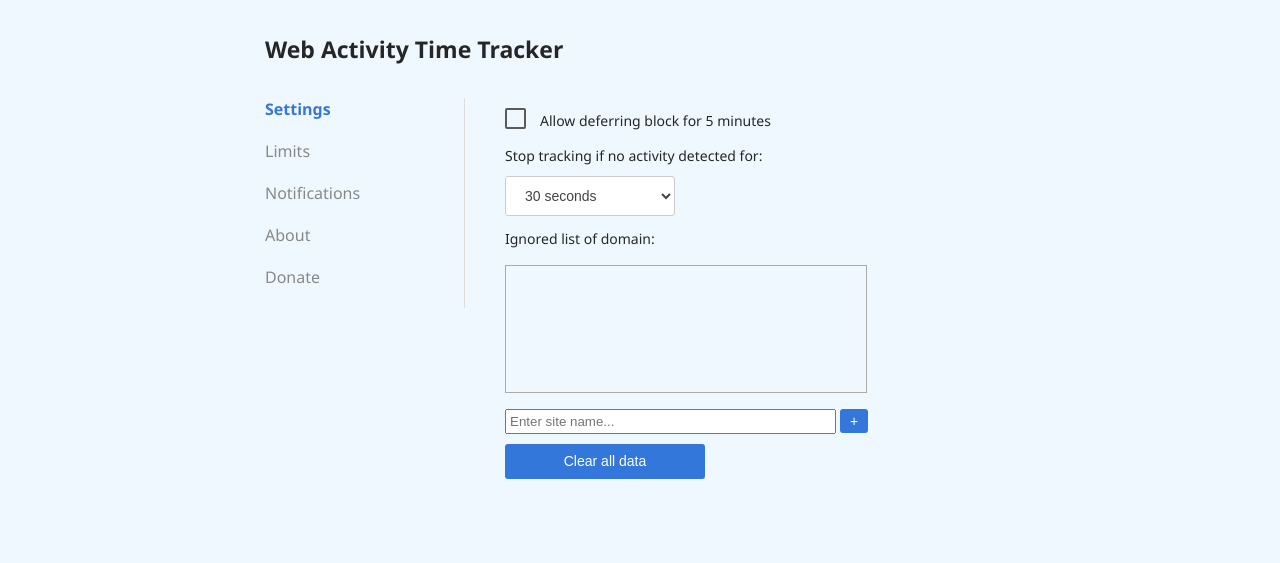
Repository: Inakhoyan/Lab-Project
Page: options.html
These files come from the project's save history. The page is drawn as it stood at one moment and after a run of saves; the edit follows.
The browser window is 1280 px wide. The pictures show the whole page.

Above is the page before, as saved 2022-11-19 01:03:02.
Console error: TypeError: Cannot read properties of null (reading 'addEventListener')

### options.html
<!DOCTYPE html>
<html lang="en">
<head>
    <head>
        <meta charset="utf-8">
        <title>Web Activity Time Tracker</title>
        <!-- <link href="style/picker/standalone.min.css" rel="stylesheet">
        <link href="style/picker/clockpicker.min.css" rel="stylesheet"> -->
        <link href="style/settings.css" rel="stylesheet">
        <script src="scripts/common.js"></script>
        <script src="scripts/storage.js"></script>
        <script src="scripts/settings.js"></script>
        <script src="scripts/restriction.js"></script>
        <script src="scripts/url.js"></script>
        <!-- <script src="scripts/picker/jquery-3.3.1.min.js"></script>
        <script src="scripts/picker/clockpicker.min.js"></script> -->
    </head>
</head>
<body>
    <body>
        <div class="content">
            <div class="header">
                <p class="title">Web Activity Time Tracker</p>
            </div>
            <div id="nav" class="nav">
                <a id="settingsBtn" class="active">Settings</a>
                <a id="restrictionsBtn">Limits</a>
                <a id="notifyBtn">Notifications</a>
                <a id="aboutBtn">About</a>
                <a id="donateBtn">Donate</a>
            </div>
            <div id="block">
                <div id="settingsBlock">

                    <div class="margin-top-10">
                        <label>
                            <input type="checkbox" class="filled-in" id="blockDeferral">
                            <span>Allow deferring block for 5 minutes</span>
                        </label>
                    </div>

                    <div class="margin-top-10">
                        <label>Stop tracking if no activity detected for: </label>
                        <div class="tooltip"><img height="18">
                            <span class="tooltiptext">An activity is an action with a mouse or keyboard</span>
                        </div>
                        <div class="margin-top-10">
                            <select id="intervalInactivity" class="option">
                                <option value="30">30 seconds</option>
                                <option value="45">45 seconds</option>
                                <option value="60">1 min</option>
                                <option value="120">2 min</option>
                                <option value="300">5 mins</option>
                                <option value="600">10 mins</option>
                                <option value="1200">20 mins</option>
                                <option value="1800">30 mins</option>
                            </select>
                        </div>

                        <div class="margin-top-10">
                            <label>Ignored list of domain: </label>
                            <div class="tooltip"><img height="18">
                                <span class="tooltiptext">Activity for these domains not will tracked</span>
                            </div>
                            <div class="margin-top-10">
                                <ul id="blackList" class="listbox" size="7"></ul>
                            </div>
                            <div class="margin-top-10">
                                <input type="text" placeholder="Enter site name..." id="addBlackSiteLbl">
                                <input type="button" value="+" id="addBlackSiteBtn">
                            </div>
                            <div class="notify warning" id="notifyForBlackList" hidden="">
                                The site is already in the list
                            </div>
                        </div>

                        <div class="notify" id="notify-backup" hidden="">
                            Backup completed successfully
                        </div>
                        <div class="notify" id="notify-restore" hidden="">
                            Restore completed successfully
                        </div>
                        <div class="notify warning" id="notify-restore-failed" hidden="">
                            Backup file is not valid
                        </div>

                        </div>
                        <div class="margin-top-10"><input type="button" value="Clear all data" id="clearAllData"></div>
                        <div class="notify" id="notify" hidden="">
                            Data successfully deleted
                        </div>
                    </div>
                </div>
                <div id="restrictionsBlock" hidden="">
                    <label>Access daily restrictions for websites: </label>
                    <div class="tooltip"><img src="/icons/information.svg" height="18">
                        <span class="tooltiptext">Set the maximum time allowed on the site per day. After this time, has elapsed the site will be blocked.
                            Restrictions can be configured for specific paths on a site as well.</span>
                    </div>
                    <div class="margin-top-10">
                        <input type="text" class="label-with-list" placeholder="Enter site name..." id="addRestrictionSiteLbl">
                        <div class="inline-block clockpicker" data-placement="left" data-align="top" data-autoclose="true">
                            <input type="text" class="clock" placeholder="Time..." readonly="" id="addRestrictionTimeLbl">
                        </div>
                        <input type="button" value="+" class="btn-with-list" id="addRestrictionSiteBtn">
                    </div>
                    <div class="margin-top-10">
                        <ul id="restrictionsList" class="listbox list" size="10"></ul>
                    </div>
                    <div class="notify warning notify-width-300" id="notifyForRestrictionList" hidden="">
                        The site is already in the list
                    </div>
                </div>



            </div>
        </div>



    </body>
</body>
</html>

### style/settings.css
body {
    font-family: "Segoe UI", Tahoma, sans-serif !important;
    color: #262626;
    background-color: aliceblue;
}

.content {
    width: 750px;
    margin: 10px auto;
    display: grid;
    grid-template-columns: 200px auto;
    grid-column-gap: 40px;
    grid-template-areas: 'h h' 'n m';
}

.title{
    font-size: 23px;
    font-weight: 650;
}

.header{
    grid-area: h;
    margin: 0 0 10px;
    font-size: 20px;
}

a {
    color: #3477db;
    text-decoration: none;
    cursor: pointer;
}

.nav{
    grid-area: n;
    border-right: 1px solid #ddd;
    padding-right: 15px;
    align-self: start;
}

.nav a {
    font-size: 16px;
    margin-bottom: 20px;
    color: #888;
    display: block;
}

.nav a:hover {
    font-size: 16px;
    margin-bottom: 20px;
    color: #3477db;
    display: block;
    font-weight: 650;
}

.nav .active {
    color: #3477db;
    font-weight: bold;
}

label{
    font-size: 14px;
}

[type="checkbox"]:not(:checked),[type="checkbox"]:checked {
    position: absolute;
    opacity: 0;
    pointer-events: none
}

[type="checkbox"]+span {
    position: relative;
    padding-left: 35px;
    cursor: pointer;
    display: inline-block;
    height: 25px;
    line-height: 25px;
    font-size: 14px;
    -webkit-user-select: none;
    -moz-user-select: none;
    -ms-user-select: none;
    user-select: none
}

[type="checkbox"]+span:before,[type="checkbox"]:not(.filled-in)+span:after {
    content: '';
    position: absolute;
    top: 0;
    left: 0;
    width: 18px;
    height: 18px;
    z-index: 0;
    border: 2px solid #5a5a5a;
    border-radius: 1px;
    margin-top: 3px;
}

[type="checkbox"]:not(:checked):disabled+span:before {
    border: none;
    background-color: rgba(0,0,0,0.42)
}

[type="checkbox"]:checked:disabled+span:before {
    border-right: 2px solid rgba(0,0,0,0.42);
    border-bottom: 2px solid rgba(0,0,0,0.42)
}

[type="checkbox"].filled-in+span:after {
    border-radius: 2px
}

[type="checkbox"].filled-in+span:before,[type="checkbox"].filled-in+span:after {
    content: '';
    left: 0;
    position: absolute;
    z-index: 1
}

[type="checkbox"].filled-in:not(:checked)+span:before {
    width: 0;
    height: 0;
    border: 3px solid transparent;
    left: 6px;
    top: 10px;
    -webkit-transform: rotateZ(37deg);
    transform: rotateZ(37deg);
    -webkit-transform-origin: 100% 100%;
    transform-origin: 100% 100%
}

[type="checkbox"].filled-in:not(:checked)+span:after {
    height: 17px;
    width: 17px;
    background-color: transparent;
    border: 2px solid #5a5a5a;
    top: 0px;
    z-index: 0
}

[type="checkbox"].filled-in:checked+span:before {
    top: -3px;
    left: -2px;
    width: 7px;
    height: 12px;
    border-top: 3px solid transparent;
    border-left: 3px solid transparent;
    border-right: 3px solid #fff;
    border-bottom: 3px solid #fff;
    -webkit-transform: rotateZ(35deg);
    transform: rotateZ(35deg);
    -webkit-transform-origin: 100% 100%;
    transform-origin: 100% 100%
}

[type="checkbox"].filled-in:checked+span:after {
    top: 0;
    width: 17px;
    height: 17px;
    border: 2px solid #3477db;
    background-color: #3477db;
    z-index: 0
}

input[type="button"]{
    background: #3477db;
    color: #fff;
    border-radius: 3px;
    height: 35px;
    line-height: 35px;
    padding: 0 20px;
    border: 0;
    font-size: 14px;
    font-weight: 500;
    cursor: pointer;
    min-width: 80px;
    text-align: center;
    width: 200px;
}

input[type="button"]:hover {
    background: #5c9dfe;
    text-decoration: none;
  }


  input[type="button"][disabled]{
    border: 1px solid #999999;
    background-color: #cccccc;
    color: #666666;
  }

.margin-top-10{
      margin-top: 10px;
  }

.margin-top-20{
    margin-top: 20px;
}

.margin-left-5{
    margin-left: 5px;
}

.option {
    min-width: 170px;
    color: #444;
    background: #fff;
    border-radius: 3px;
    margin: 0;
    padding: 10px 30px 10px 15px;
    font-size: 14px;
    border-color: #ccc;
    position: relative;
    cursor: pointer;
}

.tooltip {
    position: relative;
    display: inline-block;
  }

  /* Tooltip text */
  .tooltip .tooltiptext {
    visibility: hidden;
    width: 250px;
    background-color: #555;
    color: #fff;
    text-align: center;
    padding: 5px;
    border-radius: 6px;

    /* Position the tooltip text */
    position: absolute;
    z-index: 1;
    transform: translateX(-50%) translateY(-120%);

    /* Fade in tooltip */
    opacity: 0;
    transition: opacity 0.3s;
  }

  /* Show the tooltip text when you mouse over the tooltip container */
  .tooltip:hover .tooltiptext {
    visibility: visible;
    opacity: 1;
  }

  .hidden{
      display: none !important;
  }

  .notify{
    width: 220px;
    height: 27px;
    margin: auto;
    background-color: rgb(21, 104, 0);
    color: rgb(255, 255, 255);
    text-align: center;
    font-weight: 600;
    border-radius: 5px;
    position: fixed;
    z-index: 1;
    top: 10px;
    right: 20px;
    font-size: 15px;
    white-space: nowrap;
    padding: 10px;
  }

  .listbox{
      overflow-y: auto;
      width: 350px;
      height: 120px;
      padding: 3px;
      padding: 3px 5px 3px 5px;
      border: 1px solid rgb(172, 169, 169);
  }

  .listbox img{
      float: right;
      cursor: pointer;
  }

  #addBlackSiteLbl{
      width: 321px;
      height: 15px;
      padding: 3px;
  }

  #addBlackSiteBtn{
    height: 24px !important;
    line-height: 20px !important;
    padding: 0 5px !important;
    min-width: 20px !important;
    width: 28px !important;
  }

  .label-with-list{
    width: 333px;
    height: 15px;
    padding: 3px;
}

.btn-with-list{
  height: 24px !important;
  line-height: 20px !important;
  padding: 0 5px !important;
  min-width: 20px !important;
  width: 28px !important;
}

.list{
    width: 440px;
    height: 250px;
}

.clock{
    width: 65px;
    height: 15px;
    padding: 3px;
}

.clock-li-readonly{
    border: none;
    margin-left: -3px;
}

.inline-block{
    display: inline-block !important;
}

.block{
    display: block;
}

.readonly-input{
    cursor: default;
    border: 0;
    display: block;
}

.element-item{
    width: 380px;
    font-weight: 600;
}

.notify.warning{
    background-color: rgb(219, 93, 104);
}

.notify-width-300{
    width: 300px !important;
}

.button{
    background: #FF813F;
    color: #fff;
    border-radius: 3px;
    line-height: 47px;
    display: inline-block;
    border: 0;
    font-size: 15px;
    cursor: pointer;
    text-align: center;
    height: 51px;
    min-width: 200px;
}

.bmc-button img {
    width: 27px !important;
    margin-bottom: 4px !important;
    box-shadow: none !important;
    border: none !important;
    vertical-align: middle !important;
 }

 .bmc-button span{
    margin-left:15px;
    font-size:15px !important;
 }

 .bmc-button {
    padding: 15px 25px 18px 18px !important;
    line-height: 35px !important;
    height: 51px !important;
    width: 217px !important;
    text-decoration: none !important;
    color: #FFFFFF !important;
    background-color: #FF813F !important;
    border-radius: 3px !important;
    border: 1px solid transparent !important;
    margin: 0 auto !important;
    box-sizing: border-box !important;
 }

.button:hover,
.button:active,
.button:focus,


.setting-notify-block{
    width: 450px;
    height: 100px;
    margin-top: 15px;
    background-color: rgb(71, 69, 69);
}

.setting-notify-block .setting-notify-title{
    padding: 15px 20px 5px 0;
    font-weight: 700;
    color:#FFFFFF;
    font-size: 15px;
    text-align: left;
    display: block;
}

.setting-notify-block .setting-notify-message{
    padding: 3px 20px 5px 0;
    font-size: 14px;
    display: block;
    width: 320px;
}
.setting-notify-block .setting-notify-message-g{
    padding: 0 30px 5px 0;
    color:rgb(199, 199, 199);
    font-size: 11px;
    display: block;
}

.setting-notify-block .setting-notify-img{
    height: 50px;
    padding: 25px 15px 25px 25px;
}

.setting-notify-block .setting-notify-message-block{
    display: inline-block;
    position: absolute;
}

.bold{
    font-weight: 650;
}

.site-name{
    display: inline-block;
    width: 100px;
}

.permission-btn{
    height: 25px !important;
    line-height: 25px !important;
    background-color:green !important;
}

### scripts/common.js
var RangeForDays = {
    days2: 'days2',
    days3: 'days3',
    days4: 'days4',
    days5: 'days5',
    days6: 'days6',
    days7: 'days7',
    month1: 'month1',
    month2: 'month2',
    month3: 'month3'
};

var InactivityInterval = {
    second30: 30,
    second45: 45,
    min1: 60,
    min2: 120,
    min5: 300,
    min10: 600,
    min20: 1200,
    min30: 1800
};

var TypeListEnum = {
    ToDay: 1,
    All: 2,
    ByDays: 3,
};

var STORAGE_TABS = 'tabs';
var STORAGE_BLACK_LIST = 'black_list';
var STORAGE_RESTRICTION_LIST = 'restriction_list';
var STORAGE_NOTIFICATION_LIST = 'notification_list';
var STORAGE_NOTIFICATION_MESSAGE = 'notification_message';
var STORAGE_TIMEINTERVAL_LIST = 'time_interval';

var DEFERRED_TIMEOUT = 300000;

var SETTINGS_INTERVAL_INACTIVITY_DEFAULT = InactivityInterval.second30;
var SETTINGS_INTERVAL_CHECK_DEFAULT = 1000;
var SETTINGS_INTERVAL_SAVE_STORAGE_DEFAULT = 5000;
var SETTINGS_INTERVAL_RANGE_DEFAULT = RangeForDays.days7;
var SETTINGS_VIEW_TIME_IN_BADGE_DEFAULT = true;
var SETTINGS_BLOCK_DEFERRAL_DEFAULT = true;
var SETTINGS_DARK_MODE_DEFAULT = false;
var SETTINGS_SHOW_HINT_DEFAULT = true;
var STORAGE_NOTIFICATION_MESSAGE_DEFAULT = 'You have spent a lot of time on this site';

var SETTINGS_INTERVAL_INACTIVITY = 'inactivity_interval';
var SETTINGS_INTERVAL_SAVE_STORAGE = 'interval_save_in_storage';
var SETTINGS_INTERVAL_RANGE = 'range_days';
var SETTINGS_DARK_MODE = 'night_mode';
var SETTINGS_VIEW_TIME_IN_BADGE = 'view_time_in_badge';
var SETTINGS_BLOCK_DEFERRAL = 'view_block_deferral';
var SETTINGS_SHOW_HINT = 'show_hint';

function isEmpty(obj) {
    for (var prop in obj) {
        if (obj.hasOwnProperty(prop))
            return false;
    }

    return JSON.stringify(obj) === JSON.stringify({});
}

function convertTimeToSummaryTime(time) {
    var resultTimeValue = Number(time);
    if (!isNaN(resultTimeValue)){
        return resultTimeValue;
    }

    var timeValue = time.split(':');
    var hour = timeValue[0];
    var min = timeValue[1];
    resultTimeValue = 0;
    if (hour > 0)
        resultTimeValue = hour * 3600;
    resultTimeValue += min * 60;

    return resultTimeValue;
}

function convertSummaryTimeToBadgeString(summaryTime) {
    var sec = (summaryTime);
    var min = (summaryTime / 60).toFixed(0);
    var hours = (summaryTime / (60 * 60)).toFixed(1);
    var days = (summaryTime / (60 * 60 * 24)).toFixed(0);

    if (sec < 60) {
        return sec + "s";
    } else if (min < 60) {
        return min + "m";
    } else if (hours < 24) {
        return hours + "h";
    } else {
        return days + "d"
    }
}

function convertShortSummaryTimeToString(summaryTime) {
    var hours = Math.floor(summaryTime / 3600);
    var totalSeconds = summaryTime % 3600;
    var mins = Math.floor(totalSeconds / 60);

    hours = zeroAppend(hours);
    mins = zeroAppend(mins);

    return hours + 'h : ' + mins + 'm';
}

function convertShortSummaryTimeToLongString(summaryTime) {
    var hours = Math.floor(summaryTime / 3600);
    var totalSeconds = summaryTime % 3600;
    var mins = Math.floor(totalSeconds / 60);

    hours = zeroAppend(hours);
    mins = zeroAppend(mins);

    return hours + ' hour ' + mins + ' minutes';
}

function getArrayTime(summaryTime) {
    var days = Math.floor(summaryTime / 3600 / 24);
    var totalHours = summaryTime % (3600 * 24);
    var hours = Math.floor(totalHours / 3600);
    var totalSeconds = summaryTime % 3600;
    var mins = Math.floor(totalSeconds / 60);
    var seconds = totalSeconds % 60;

    days = zeroAppend(days);
    hours = zeroAppend(hours);
    mins = zeroAppend(mins);
    seconds = zeroAppend(seconds);

    return {
        'days': days,
        'hours': hours,
        'mins': mins,
        'seconds': seconds
    };
}

function convertSummaryTimeToString(summaryTime) {
    var days = Math.floor(summaryTime / 3600 / 24);
    var totalHours = summaryTime % (3600 * 24);
    var hours = Math.floor(totalHours / 3600);
    var totalSeconds = summaryTime % 3600;
    var mins = Math.floor(totalSeconds / 60);
    var seconds = totalSeconds % 60;

    hours = zeroAppend(hours);
    mins = zeroAppend(mins);
    seconds = zeroAppend(seconds);

    if (days > 0)
        return days + 'd ' + hours + 'h ' + mins + 'm ' + seconds + 's';
    else return hours + 'h ' + mins + 'm ' + seconds + 's';
}

function zeroAppend(time) {
    if (time < 10)
        return '0' + time;
    else return time;
}

function isDateInRange(dateStr, range) {
    return new Date(dateStr) >= range.from && new Date(dateStr) <= range.to;
}

function isCorrectDate(range) {
    return range.from.getFullYear() >= 2019 && range.to.getFullYear() >= 2019;
}

function getDateFromRange(range) {
    switch (range) {
        case 'days2':
            return 2;
        case 'days3':
            return 3;
        case 'days4':
            return 4;
        case 'days5':
            return 5;
        case 'days6':
            return 6;
        case 'days7':
            return 7;
        case 'month1':
            return 30;
        case 'month2':
            return 60;
        case 'month3':
            return 90;
    }
}

function treatAsUTC(date) {
    var result = new Date(date);
    result.setMinutes(result.getMinutes() - result.getTimezoneOffset());
    return result;
}

function daysBetween(startDate, endDate) {
    var millisecondsPerDay = 24 * 60 * 60 * 1000;
    return ((treatAsUTC(endDate) - treatAsUTC(startDate)) / millisecondsPerDay) + 1;
}

function todayLocalDate(){
    return new Date().toLocaleDateString('en-US');
}

### scripts/storage.js
'use strict';

class LocalStorage {
    loadTabs(name, callback, callbackIsUndefined) {
        chrome.storage.local.get(name, function(item) {
            if (item[name] !== undefined) {
                var result = item[name];
                if (result !== undefined)
                    callback(result);
            } else {
                if (callbackIsUndefined !== undefined)
                    callbackIsUndefined();
            }
        });
    }

    saveTabs(value, callback) {
        chrome.storage.local.set({ tabs: value });
        if (callback !== undefined)
            callback();
    }

    saveValue(name, value) {
        chrome.storage.local.set({
            [name]: value
        });
    }

    getValue(name, callback) {
        chrome.storage.local.get(name, function(item) {
            if (item !== undefined) {
                callback(item[name]);
            }
        });
    }

    getMemoryUse(name, callback) {
        chrome.storage.local.getBytesInUse(name, callback);
    };
}

### scripts/restriction.js
'use strict';

class Restriction {
    constructor(url, time) {
        this.url = new Url(url);
        this.time = convertTimeToSummaryTime(time);
    }
};

class Notification{
    constructor(url, time) {
        this.url = new Url(url);
        this.time = convertTimeToSummaryTime(time);
    }
};

### scripts/url.js
"use strict";

class Url {
  constructor(url) {
    if (url instanceof URL) {
      item = url;
    } else if (typeof url === "string") {
      if (url.indexOf("//") === -1) {
        url = "http://" + url;
      }
    } else {
      this.href = url.href;
      this.host = url.host;
      this.path = url.path;
      return;
    }

    var item = new URL(url);

    this.href = item.href;
    this.host = item.hostname;
    this.path = item.pathname === "/" ? "" : item.pathname;
  }

  isMatch(url) {
    if (!url) {
      return false;
    }

    try {
      url = url instanceof Url ? url : new Url(url);
    } catch {
      return false;
    }

    return this.isHostMatch(url.host) && this.isPathMatch(url.path);
  }

  isHostMatch(host) {
    if (host === this.host) {
      return true;
    }

    var thisHostParts = this.host.split(".").reverse();

    var hostParts = host.split(".").reverse();

    var result = thisHostParts.every((part, i) => hostParts[i] === part);

    return result;
  }

  isPathMatch(path) {
    var result = this.path === '' || path === this.path  || path.indexOf(this.path) === 0;

    return result;
  }

  getId() {
    return this.host + this.path.replace(/\//g, "-");
  }

  toString() {
    return this.host + this.path;
  }
}

Loaded but not shown: scripts/settings.js (531 lines, source omitted)

After the next 2 saves:
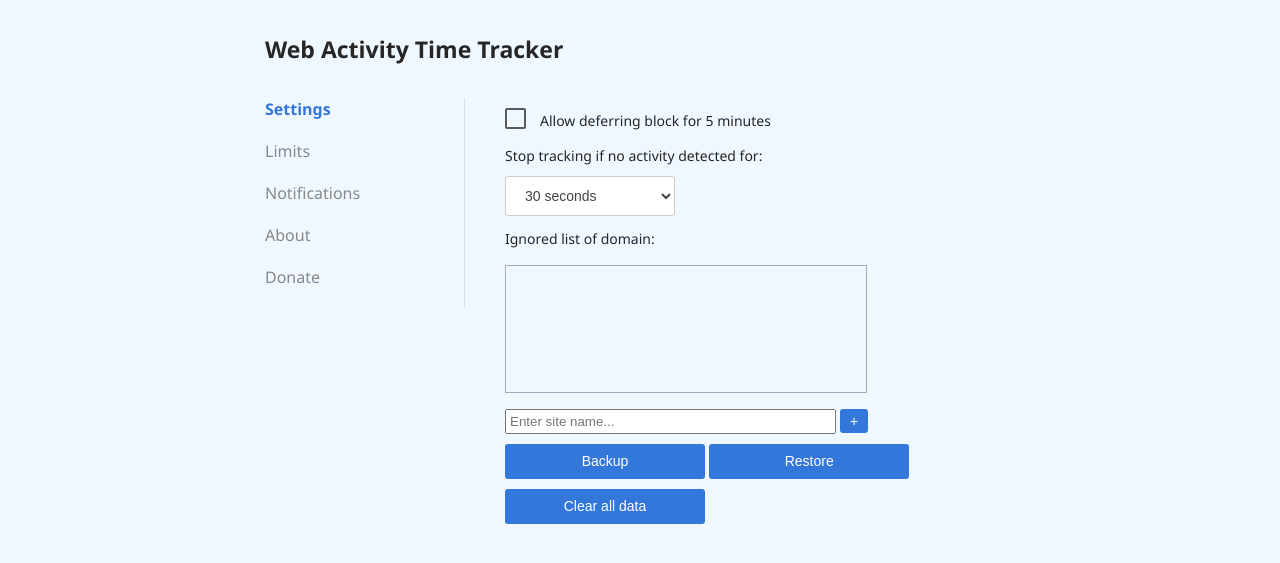
The 2 saves are shown as one change because they came seconds apart.
The last was saved 7 s later.
--- a/options.html
+++ b/options.html
@@ -74,6 +74,11 @@
                             </div>
                         </div>
 
+                        <div class="margin-top-10">
+                            <input type="button" value="Backup" id="backup">
+                            <input type="button" value="Restore" id="restore">
+                            <input id="file-input-backup" class="hidden" type="file" name="backupFile">
+                        </div>
                         <div class="notify" id="notify-backup" hidden="">
                             Backup completed successfully
                         </div>

After the save that followed:
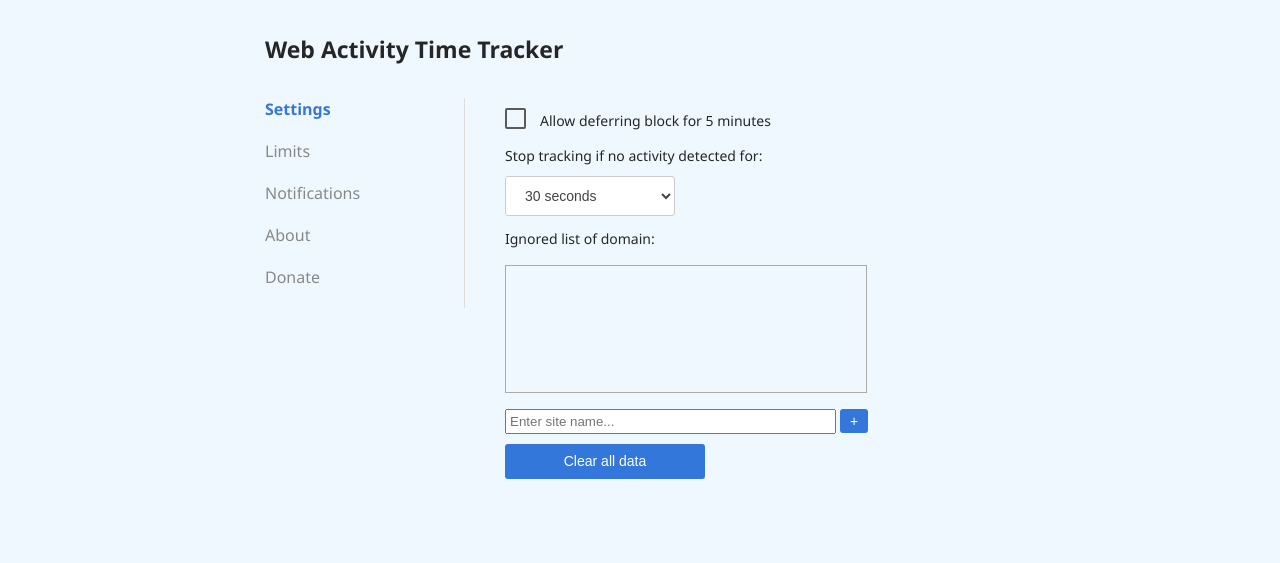
Saved 5 s later.
--- a/options.html
+++ b/options.html
@@ -74,11 +74,6 @@
                             </div>
                         </div>
 
-                        <div class="margin-top-10">
-                            <input type="button" value="Backup" id="backup">
-                            <input type="button" value="Restore" id="restore">
-                            <input id="file-input-backup" class="hidden" type="file" name="backupFile">
-                        </div>
                         <div class="notify" id="notify-backup" hidden="">
                             Backup completed successfully
                         </div>
